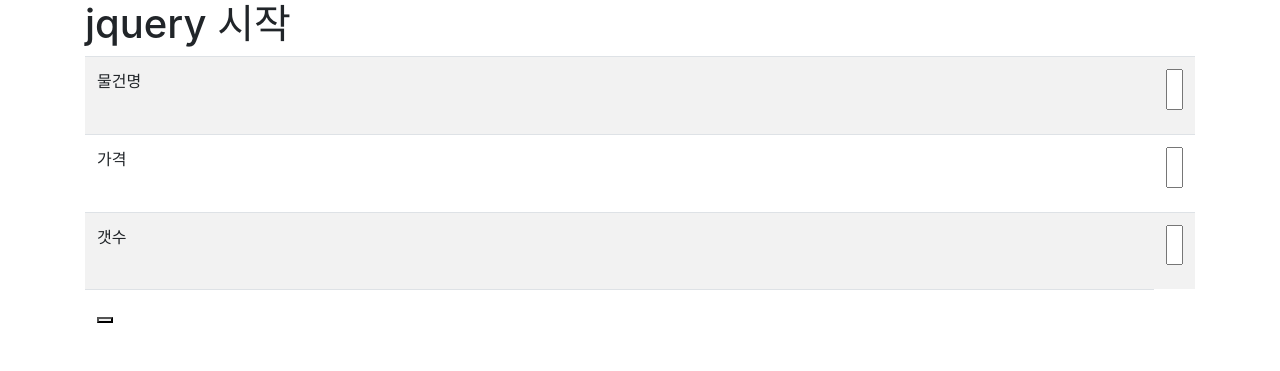
Repository: chanjungkim/vue_hrd
Page: vueexp/WebContent/a04_event/a02_buyProduct.html
These files come from the project's save history. The page is drawn as it stood at one moment and after the next save; the edit follows.
The browser window is 1280 px wide. The pictures show the whole page.

Above is the page before, as saved 2019-09-21 01:59:55.

After the next save:
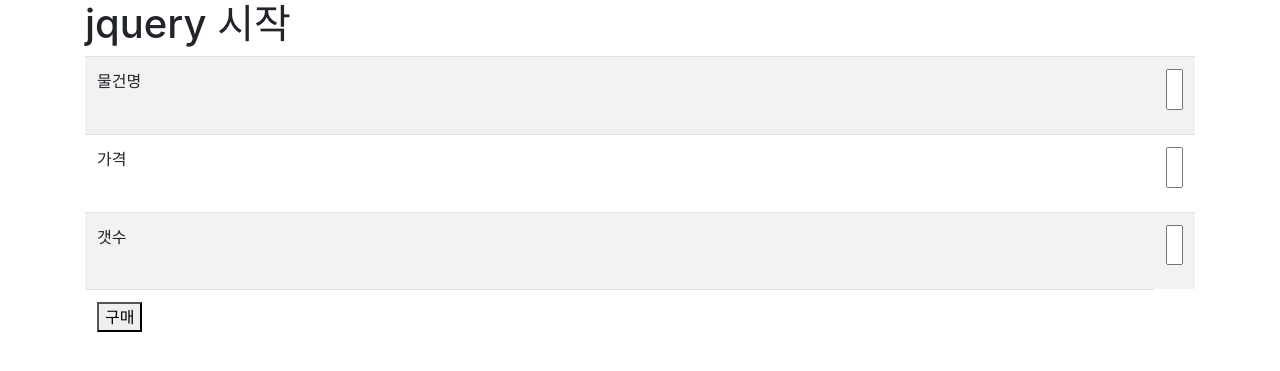
Saved 8 min 25 s later.
--- a/vueexp/WebContent/a04_event/a02_buyProduct.html
+++ b/vueexp/WebContent/a04_event/a02_buyProduct.html
@@ -50,7 +50,7 @@ input[type="text"], label {
 				<td><input type="text" /></td>
 			</tr>
 			<tr>
-				<td><button text="구매" /></td>
+				<td><button>구매</button></td>
 			</tr>
 
 		</table>
